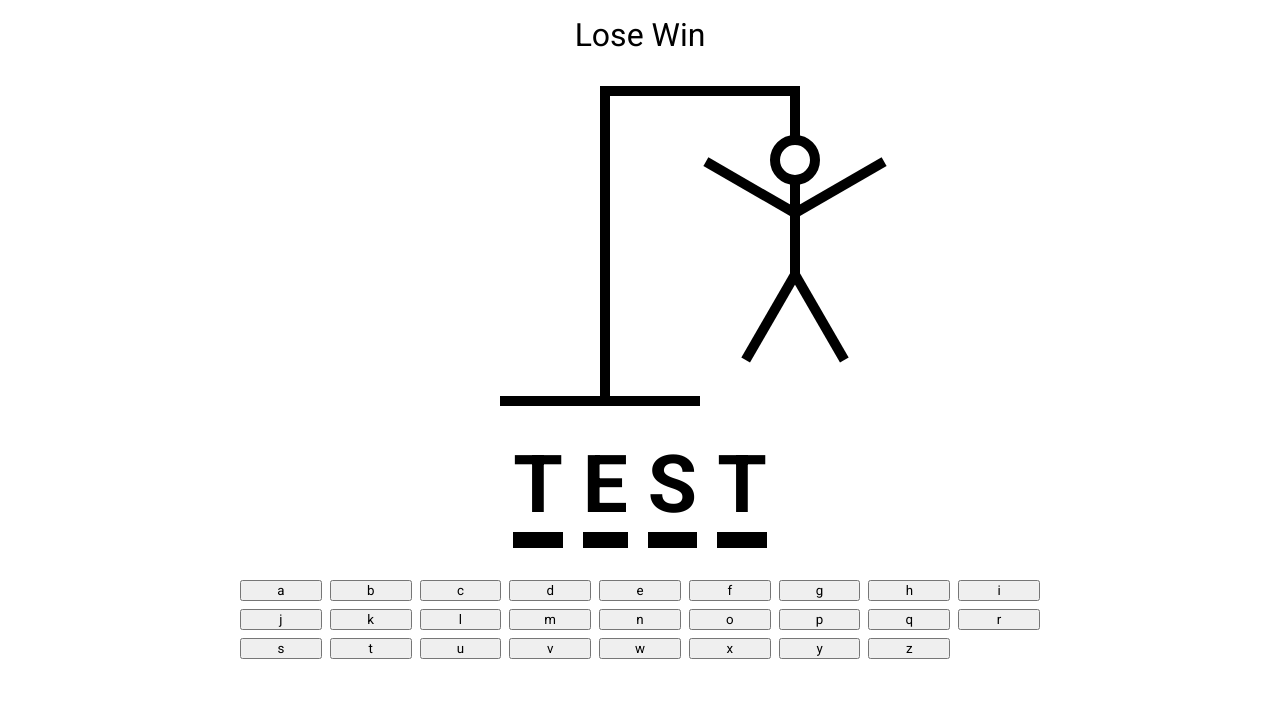
Repository: guilhermecardoso93/jogodaforca
Page: /
The author's editor kept a copy of each file at every save. The page is drawn from the files as they stood at one save, then again after the next save.
The browser window is 1280 px wide. The pictures show the whole page.
The project was rebuilt for these pictures with package versions that can differ from the ones it lists, and the page was loaded fresh each time. Also part of the build but not shown: vite.config.ts.

Above is the page before, as saved 2022-12-06 21:31:26.

After the next save:
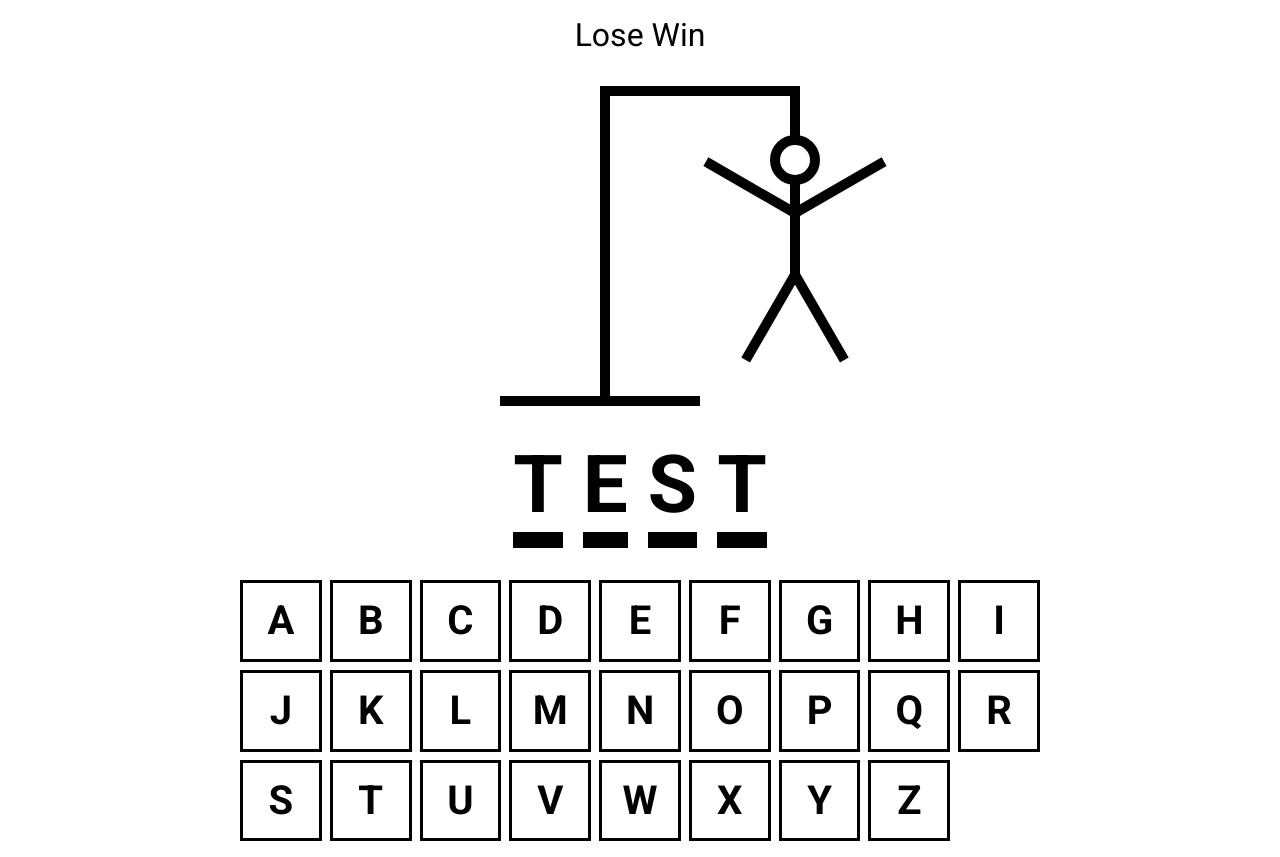
Saved 18 s later.
--- a/src/components/Keyboard.tsx
+++ b/src/components/Keyboard.tsx
@@ -34,7 +34,8 @@ export function Keyboard() {
     <div className={styles.KeyboardContainer}>
      {KEYS.map(key => {
       return (
-        <button key={key}>
+        <button key={key}
+        className={styles.btn}>
           {key}
         </button>)
      })}
